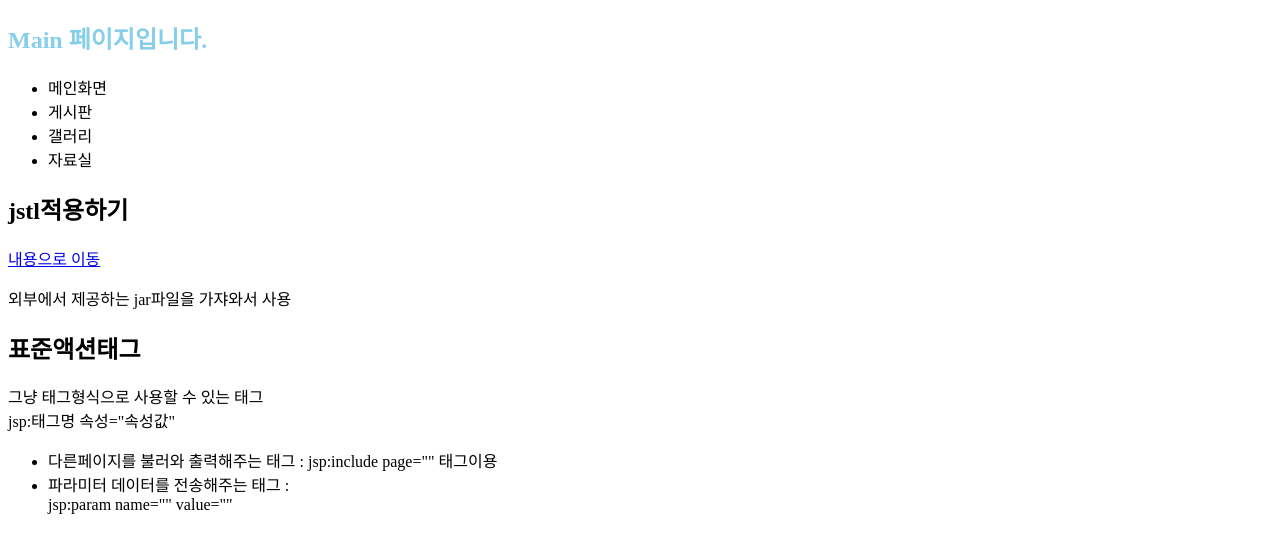
Repository: simjiho/week
Page: http://localhost/el_jstl/
An editor plug-in stored every save of this project. The page is shown before and after the next save, followed by the edit.
The browser window is 1280 px wide. The pictures show the whole page.
The page is served by Tomcat 9. Other server files are loaded and not shown.

Above is the page before, as saved 2024-04-20 05:38:32.

### workspace/el_jstl/src/main/webapp/index.jsp
<%@ page language="java" contentType="text/html; charset=UTF-8"
    pageEncoding="UTF-8"%>
<!-- 이용할 jstl 태그를 선언해야함 -->
<%@ taglib prefix="c" uri="http://java.sun.com/jsp/jstl/core" %>
<%@ taglib prefix="fmt" uri="http://java.sun.com/jsp/jstl/fmt" %>
<jsp:include page="/views/common/header.jsp">
	<jsp:param name="title" value="Main"/>
	<jsp:param name="style" value="color:skyblue"/>
</jsp:include>

	<%-- <h3><%=name %></h3> --%>
	<h2>jstl적용하기</h2>
	<a href="views/content.jsp">내용으로 이동</a>
	<p>외부에서 제공하는 jar파일을 가쟈와서 사용</p>

	<h2>표준액션태그</h2>
	<p>
		그냥 태그형식으로 사용할 수 있는 태그 <br>
		jsp:태그명 속성="속성값"
	</p>
	<ul>
		<li>
			다른페이지를 불러와 출력해주는 태그 : jsp:include page="" 태그이용
		</li>
		<li>
			파라미터 데이터를 전송해주는 태그 : <br>
			jsp:param name="" value=""
		</li>
	</ul>
</body>
</html>

### workspace/el_jstl/src/main/webapp/views/common/header.jsp
<%@ page language="java" contentType="text/html; charset=UTF-8"
    pageEncoding="UTF-8"%>
<%
	String name="안녕";
%>
<!DOCTYPE html>
<html>
<head>
<meta charset="UTF-8">
<title>근명고등학교</title>
</head>
<body>
	<h2 style="${param.style}">${param.title} 페이지입니다.</h2>
	<ul>
		<li>메인화면</li>
		<li>게시판</li>
		<li>갤러리</li>
		<li>자료실</li>
	</ul>

After the next save:
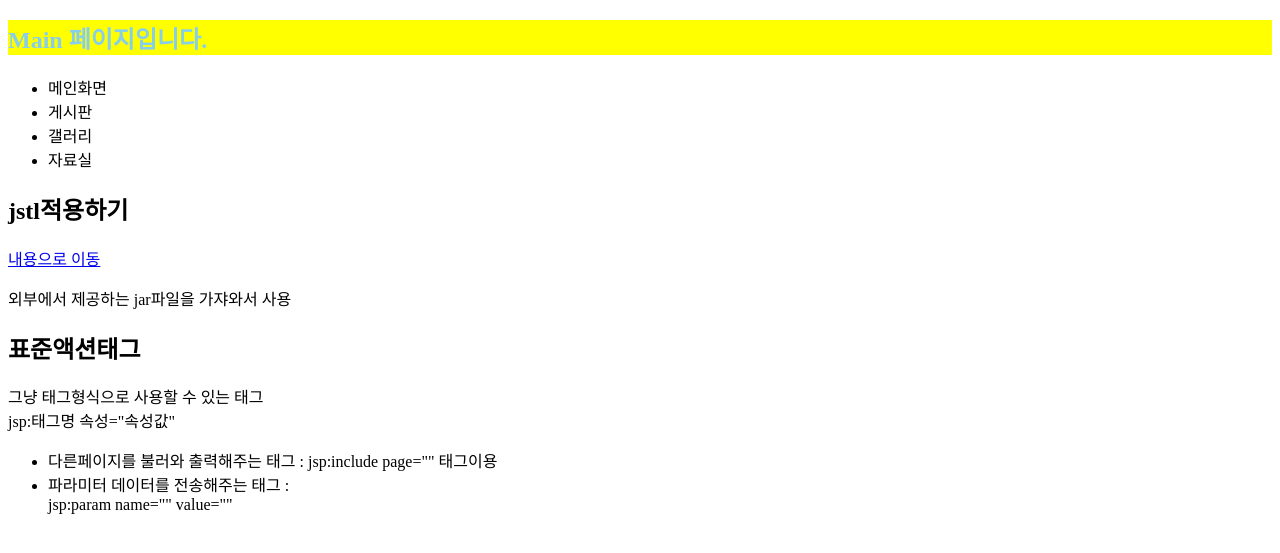
Saved 27 s later.
--- a/workspace/el_jstl/src/main/webapp/index.jsp
+++ b/workspace/el_jstl/src/main/webapp/index.jsp
@@ -5,7 +5,7 @@
 <%@ taglib prefix="fmt" uri="http://java.sun.com/jsp/jstl/fmt" %>
 <jsp:include page="/views/common/header.jsp">
 	<jsp:param name="title" value="Main"/>
-	<jsp:param name="style" value="color:skyblue"/>
+	<jsp:param name="style" value="color:skyblue;background-color:yellow;"/>
 </jsp:include>
 
 	<%-- <h3><%=name %></h3> --%>
